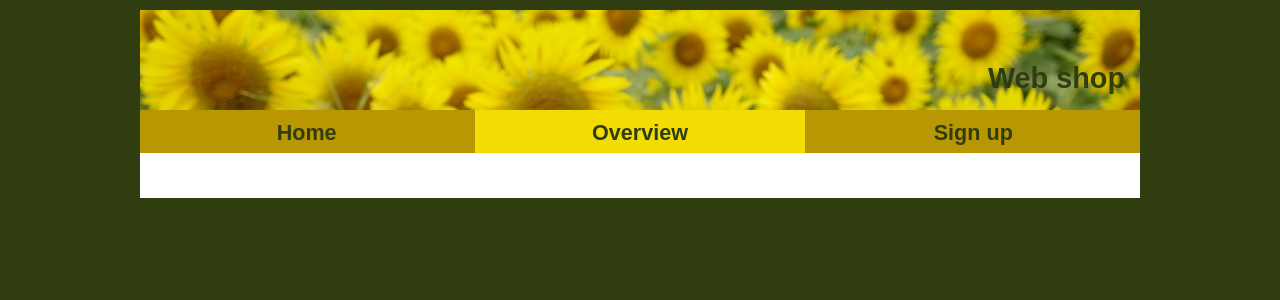
Repository: MarieVerdonck/Web-Shop---Exercises-WebDevelopment-3
Page: http://localhost/Web3_Lab1/header.jsp
The author's editor kept a copy of each file at every save. The page is drawn from the files as they stood at one save, then again after the next save.
The browser window is 1280 px wide. The pictures show the whole page.
The page is served by Tomcat 9. Nobody is signed in. The application's start-up code is not run.

Above is the page before, as saved 2017-10-01 02:37:43.

After the next save:
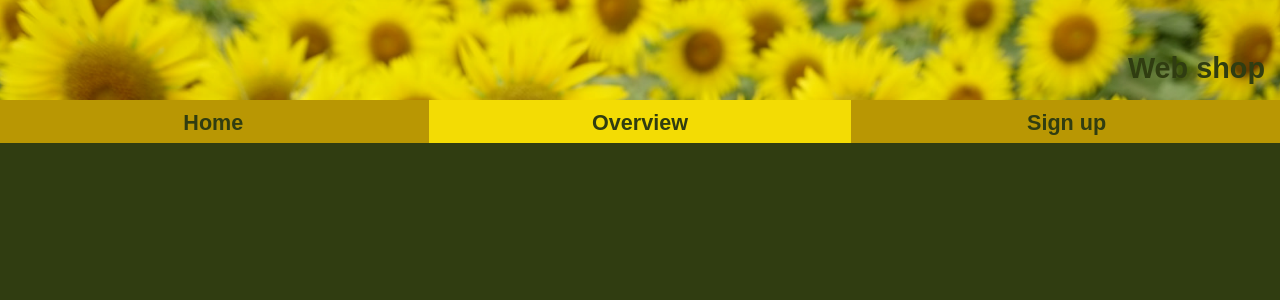
Saved 14 s later.
--- a/Web3_Lab1/WebContent/header.jsp
+++ b/Web3_Lab1/WebContent/header.jsp
@@ -4,10 +4,8 @@
 <title>Overview</title>
 <link rel="stylesheet" type="text/css" href="css/style.css">
 </head>
-<body>
-<div id="container">
-	<%@taglib uri="http://java.sun.com/jsp/jstl/core" prefix="c" %>
 <header>
+<%@taglib prefix="c" uri="http://java.sun.com/jsp/jstl/core" %>
 	<h1><span>Web shop</span></h1>
 		<nav>
 		<ul>
